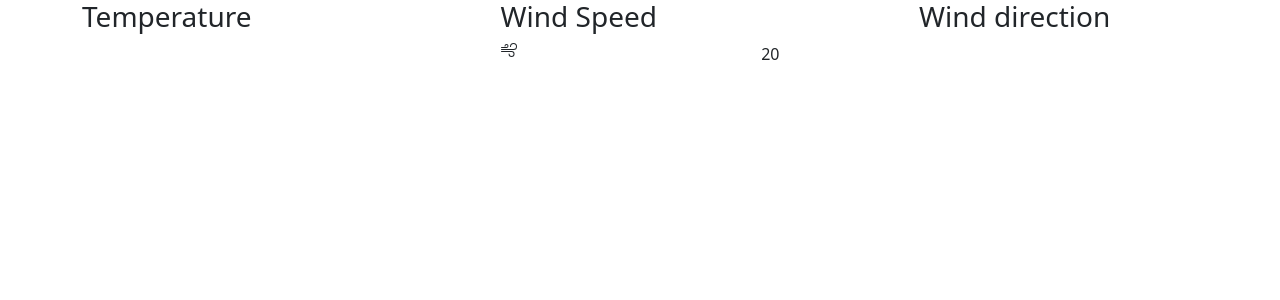
Repository: Saiyamjain-100/weather-app
Page: src/component/new.html
The author's editor kept a copy of each file at every save. The page is drawn from the files as they stood at one save, then again after the next save.
The browser window is 1280 px wide. The pictures show the whole page.

Above is the page before, as saved 2022-05-18 14:24:46.

After the next save:
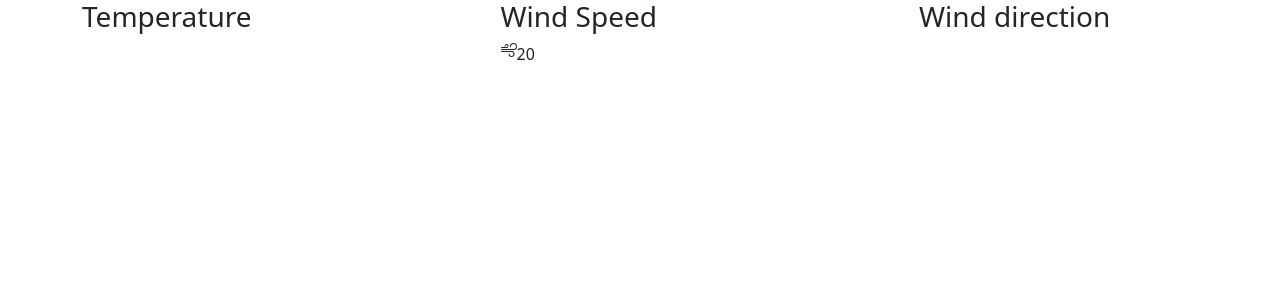
Saved 33 s later.
--- a/src/component/new.html
+++ b/src/component/new.html
@@ -19,7 +19,7 @@
             </div>
             <div class="col-md-3">
                 <h3>Wind Speed</h3>
-                <div class="d-flex justify-content-between">
+                <div class="d-flex justify-content-start">
                     <svg xmlns="http://www.w3.org/2000/svg" width="16" height="16" fill="currentColor" class="bi bi-wind" viewBox="0 0 16 16">
                         <path d="M12.5 2A2.5 2.5 0 0 0 10 4.5a.5.5 0 0 1-1 0A3.5 3.5 0 1 1 12.5 8H.5a.5.5 0 0 1 0-1h12a2.5 2.5 0 0 0 0-5zm-7 1a1 1 0 0 0-1 1 .5.5 0 0 1-1 0 2 2 0 1 1 2 2h-5a.5.5 0 0 1 0-1h5a1 1 0 0 0 0-2zM0 9.5A.5.5 0 0 1 .5 9h10.042a3 3 0 1 1-3 3 .5.5 0 0 1 1 0 2 2 0 1 0 2-2H.5a.5.5 0 0 1-.5-.5z"/>
                       </svg>
